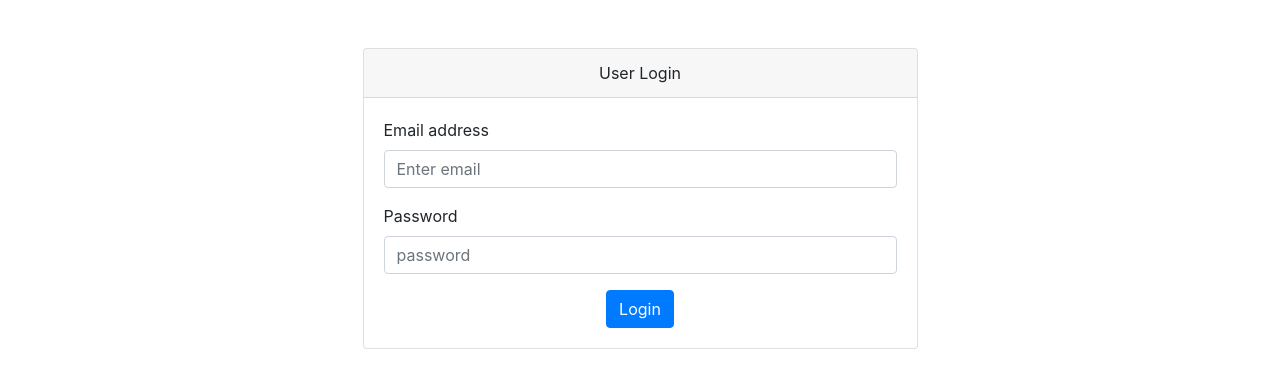
Repository: saivihari07/Advance-Java-Servlets-Jsp-
Page: http://localhost/Project/Login.jsp
The author's editor kept a copy of each file at every save. The page is drawn from the files as they stood at one save, then again after the next save.
The browser window is 1280 px wide. The pictures show the whole page.
Some web libraries are served in a nearby version. The page is served by Tomcat 9.

Above is the page before, as saved 2021-12-27 07:50:44.

### Servlets/Web-Application/Project/WebContent/Login.jsp
<%@ page language="java" contentType="text/html; charset=ISO-8859-1"
	pageEncoding="ISO-8859-1"%>
<!DOCTYPE html>
<html>
<head>
<meta charset="ISO-8859-1">
<title>Login page</title>
<%@ include file="include/head.jsp"%>
</head>
<body>
	<div class="container">
		<div class="card w-50 mx-auto my-5">
			<div class="card-header text-center">User Login</div>
			<div class="card-body">
				<form action="user-login" method="post">
					<div class="form-group">
						<label>Email address</label> <input type="email"
							name="login-email" class="form-control" placeholder="Enter email">
					</div>
					<div class="form-group">
						<label>Password</label> <input type="password"
							name="login-password" class="form-control" placeholder="password">
					</div>
					<div class="text-center">
						<button type="submit" class="btn btn-primary">Login</button>
					</div>
				</form>
			</div>
		</div>
	</div>

	<%@include file="/include/footer.jsp"%>

</body>
</html>

### Servlets/Web-Application/Project/WebContent/include/head.jsp
<meta charset="ISO-8859-1">
<link rel="stylesheet" href="https://maxcdn.bootstrapcdn.com/bootstrap/4.0.0/css/bootstrap.min.css">

### Servlets/Web-Application/Project/WebContent/include/footer.jsp
<script src="https://code.jquery.com/jquery-3.2.1.slim.min.js" ></script>
<script src="https://cdnjs.cloudflare.com/ajax/libs/popper.js/1.12.9/umd/popper.min.js" ></script>
<script src="https://maxcdn.bootstrapcdn.com/bootstrap/4.0.0/js/bootstrap.min.js"></script>

After the next save:
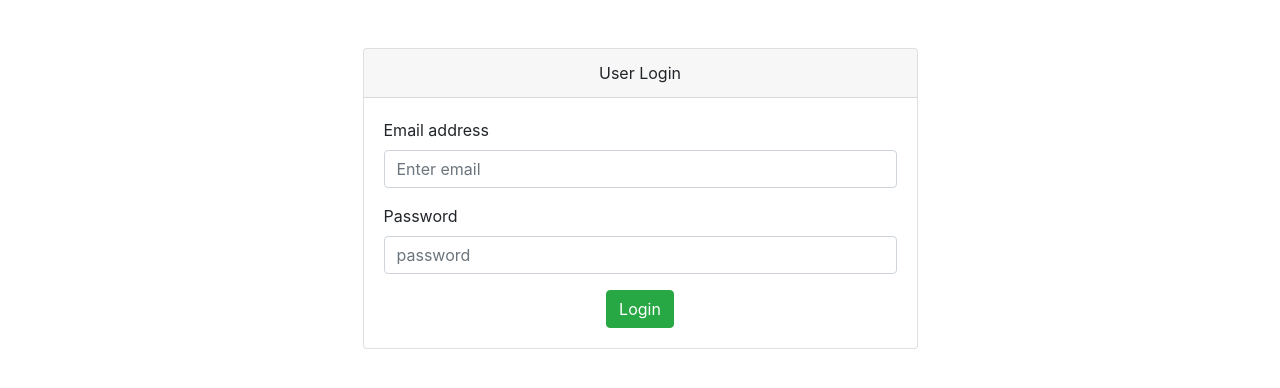
Saved 7 min 31 s later.
--- a/Servlets/Web-Application/Project/WebContent/Login.jsp
+++ b/Servlets/Web-Application/Project/WebContent/Login.jsp
@@ -7,7 +7,7 @@
 <title>Login page</title>
 <%@ include file="include/head.jsp"%>
 </head>
-<body>
+<body bgcolor="">
 	<div class="container">
 		<div class="card w-50 mx-auto my-5">
 			<div class="card-header text-center">User Login</div>
@@ -22,7 +22,7 @@
 							name="login-password" class="form-control" placeholder="password">
 					</div>
 					<div class="text-center">
-						<button type="submit" class="btn btn-primary">Login</button>
+						<button type="submit" class="btn btn-success">Login</button>
 					</div>
 				</form>
 			</div>
